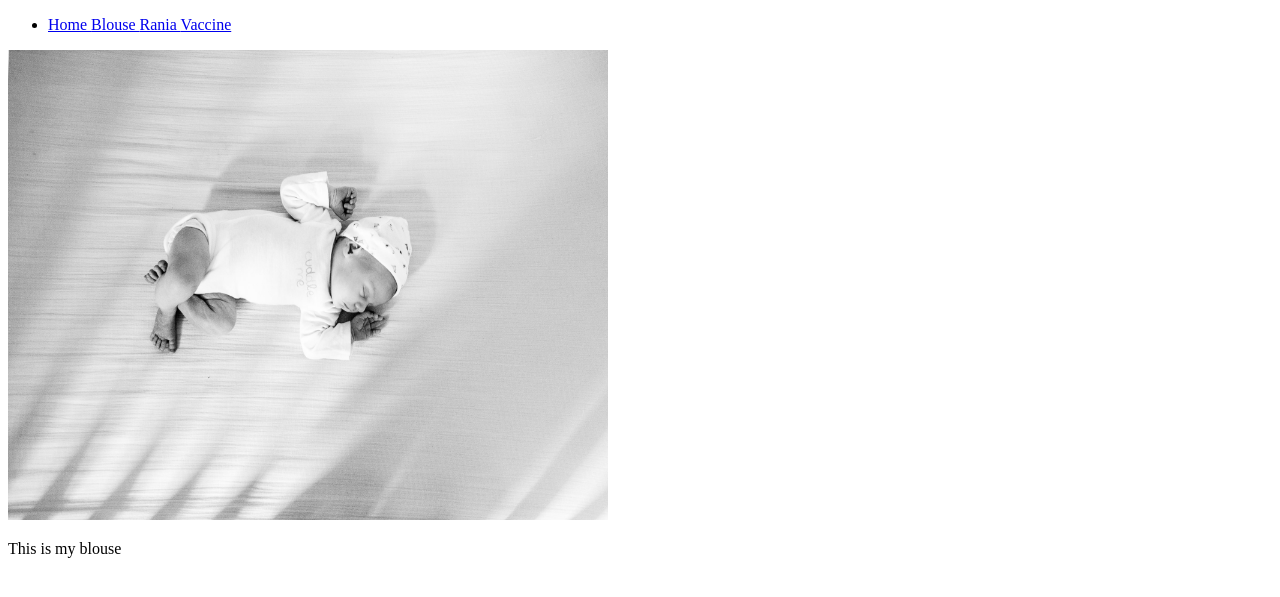
Repository: syazwanisaifuddin/ocb24-week-1
Page: blouse.html
These files come from the project's save history. The page is drawn as it stood at one moment and after a run of saves; the edit follows.
The browser window is 1280 px wide. The pictures show the whole page.

Above is the page before, as saved 2024-01-26 14:42:54.

### blouse.html
<!DOCTYPE html>
<html lang="en">
<head>
    <meta charset="UTF-8">
    <meta name="viewport" content="width=device-width, initial-scale=1.0">
    <title>Her Blouse</title>
</head>
<body>
    <ul>
        <li>
            <a href="index.html">
                Home
            </a>
            <a href="blouse.html">
                Blouse
            </a>
            <a href="rania/index.html">
                Rania
            </a>
            <a href="rania/vaccine.html">
                Vaccine
            </a>
        </li>
    </ul>
    <img src="img/newborn-daughter-in-crib.jpg" alt="baby" width="600px" height="470px" style="background-color: burlywood;">
    <p>This is my blouse</p>
</body>
</html>

After the next 5 saves:
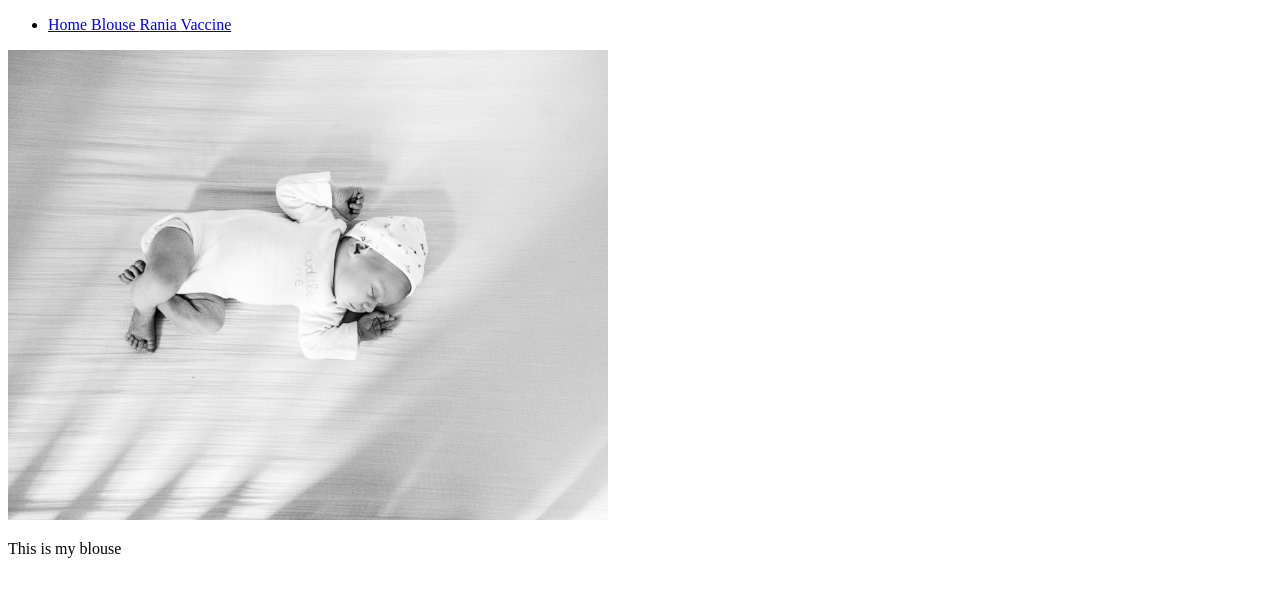
The 5 saves are shown as one change because they came seconds apart.
The last was saved 46 s later.
--- a/blouse.html
+++ b/blouse.html
@@ -22,7 +22,7 @@
             </a>
         </li>
     </ul>
-    <img src="img/newborn-daughter-in-crib.jpg" alt="baby" width="600px" height="470px" style="background-color: burlywood;">
+    <img src="img/newborn-daughter-in-crib.jpg" alt="baby" width="600px" height="470px" style="object-fit: cover;""background-color: burlywood;">
     <p>This is my blouse</p>
 </body>
 </html>
